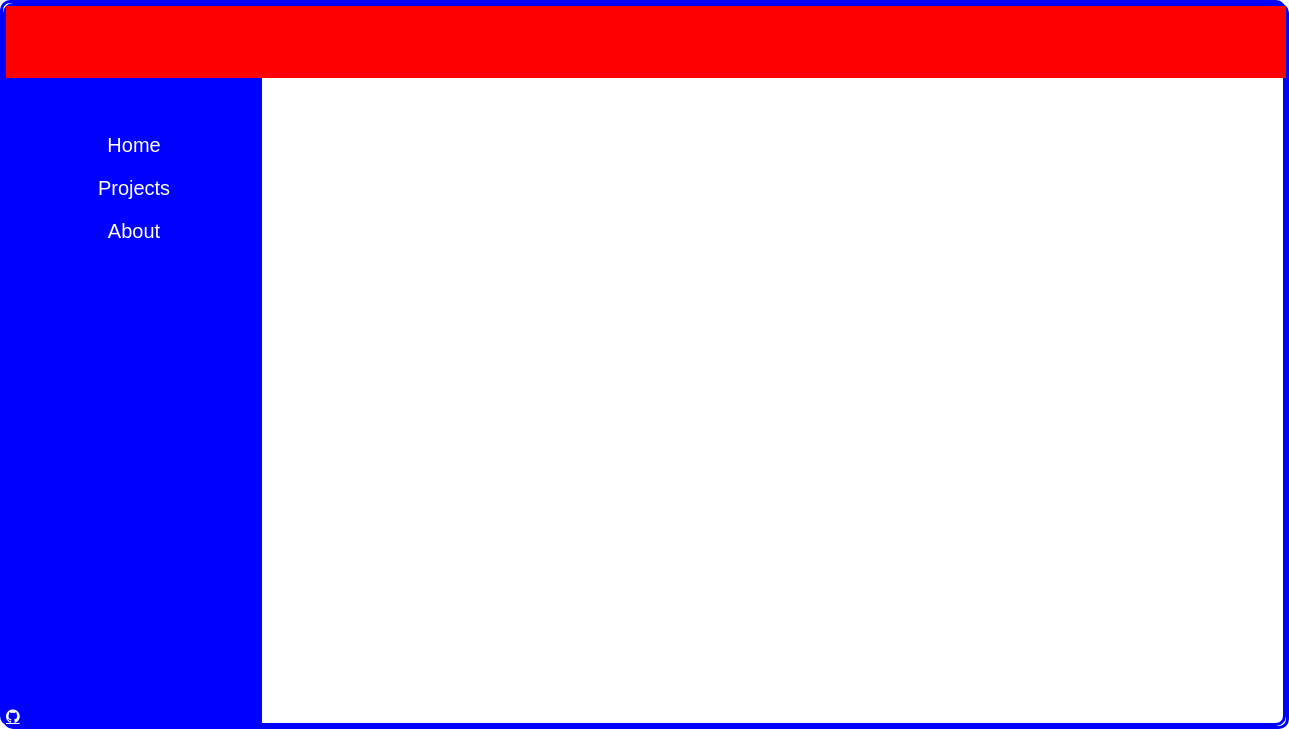
Repository: josephinel6/josephinel6.github.io
Page: index.html
These files come from the project's save history. The page is drawn as it stood at one moment and after a run of saves; the edit follows.
The browser window is 1280 px wide. The page is 1289 px wide, so the pictures cover 1289 px, including what lies to the right of the window. The pictures show the whole page.

Above is the page before, as saved 2023-04-04 10:49:15.

After the next 2 saves:
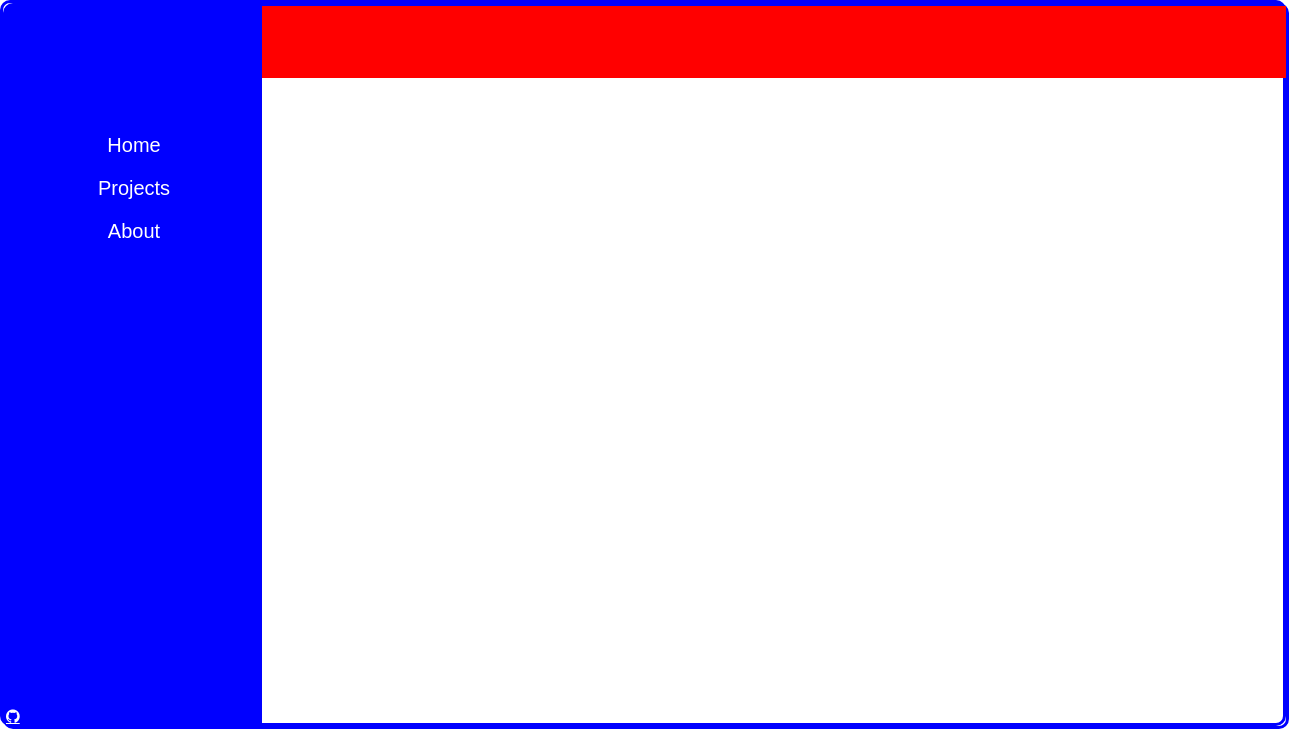
The 2 saves are shown as one change because they came seconds apart.
The last was saved 10 s later.
--- a/index.html
+++ b/index.html
@@ -33,8 +33,8 @@
             height: 100%;
             width: 20%;
             position: absolute;
-            z-index: 0;
-            top: 1;
+            z-index: 1;
+            top: 0;
             bottom: 0;
             background-color: blue;
         }
